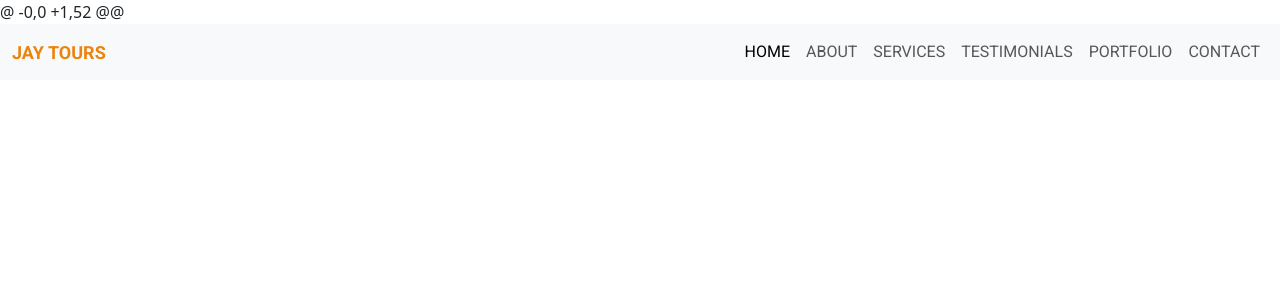
Repository: kasundiudn/Jay-Travel
Page: index.html
These files come from the project's save history. The page is drawn as it stood at one moment and after the next save; the edit follows.
The browser window is 1280 px wide. The pictures show the whole page.

Above is the page before, as saved 2025-06-26 09:24:40.

### index.html
@ -0,0 +1,52 @@
<!doctype html>
<html lang="en">
  <head>
    <meta charset="utf-8">
    <meta name="viewport" content="width=device-width, initial-scale=1">
    <title>Bootstrap demo</title>
    <link rel="preconnect" href="https://fonts.googleapis.com">
    <link rel="preconnect" href="https://fonts.gstatic.com" crossorigin>
    <link href="https://fonts.googleapis.com/css2?family=Roboto:ital,wght@0,100..900;1,100..900&display=swap" rel="stylesheet">
    <link href="https://cdn.jsdelivr.net/npm/bootstrap@5.3.7/dist/css/bootstrap.min.css" rel="stylesheet" integrity="sha384-LN+7fdVzj6u52u30Kp6M/trliBMCMKTyK833zpbD+pXdCLuTusPj697FH4R/5mcr" crossorigin="anonymous">
  <style>
    header{  font-family: "Roboto", sans-serif;
           }
  </style>
  </head>
  <body>
<header>
    <nav class="navbar navbar-expand-lg bg-body-tertiary" style="background-color: blue;">
  <div class="container-fluid">
    <a class="navbar-brand" href="#" style="color: #eb830c; font-weight: bold; font-size:large;">JAY TOURS</a>
    <button class="navbar-toggler" type="button" data-bs-toggle="collapse" data-bs-target="#navbarSupportedContent" aria-controls="navbarSupportedContent" aria-expanded="false" aria-label="Toggle navigation">
      <span class="navbar-toggler-icon"></span>
    </button>
    <div class="collapse navbar-collapse justify-content-end" id="navbarSupportedContent">
      <ul class="navbar-nav mb-2 mb-lg-0">
        <li class="nav-item">
          <a class="nav-link active" aria-current="page" href="#">HOME</a>
        </li>
        <li class="nav-item">
          <a class="nav-link" href="#">ABOUT</a>
        </li>
         <li class="nav-item">
          <a class="nav-link" href="#">SERVICES</a>
        </li>
         <li class="nav-item">
          <a class="nav-link" href="#">TESTIMONIALS</a>
        </li>
         <li class="nav-item">
          <a class="nav-link" href="#">PORTFOLIO</a>
        </li>
         <li class="nav-item">
          <a class="nav-link" href="#">CONTACT</a>
        </li>
    </div>
  </div>
</nav>
</header>

    <script src="https://cdn.jsdelivr.net/npm/@popperjs/core@2.11.8/dist/umd/popper.min.js" integrity="sha384-I7E8VVD/ismYTF4hNIPjVp/Zjvgyol6VFvRkX/vR+Vc4jQkC+hVqc2pM8ODewa9r" crossorigin="anonymous"></script>
<script src="https://cdn.jsdelivr.net/npm/bootstrap@5.3.7/dist/js/bootstrap.min.js" integrity="sha384-7qAoOXltbVP82dhxHAUje59V5r2YsVfBafyUDxEdApLPmcdhBPg1DKg1ERo0BZlK" crossorigin="anonymous"></script>
  </body>
</html>

After the next save:
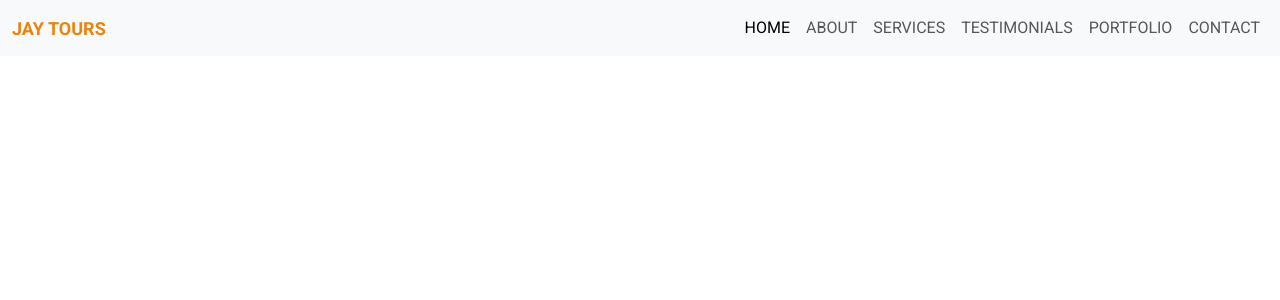
Saved 14 s later.
--- a/index.html
+++ b/index.html
@@ -1,4 +1,4 @@
-@ -0,0 +1,52 @@
+
 <!doctype html>
 <html lang="en">
   <head>
